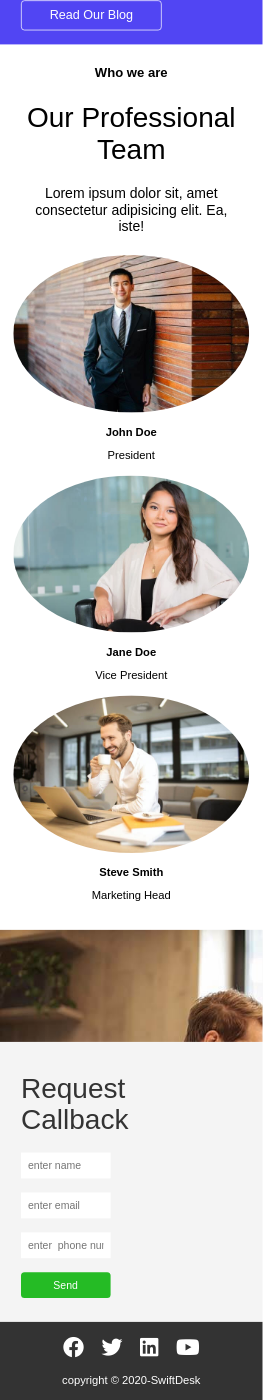
Repository: reemoon-ctrl/swiftdisk-Website-Flexbox
Page: index.html
An editor plug-in stored every save of this project. The page is shown before and after a run of saves, followed by the edit.
The browser window is 375 px wide. The page is 395 px wide, so the pictures cover 395 px, including what lies to the right of the window. The pictures show the part of the page from y = 3729 to 5969 px (the page is 5729 px tall before and 5969 px after), at 70% of full size.
Some web fonts or font styles are not loaded; a fallback is used.

Above is the page before, as saved 2024-07-28 10:24:37.

After the next 4 saves:
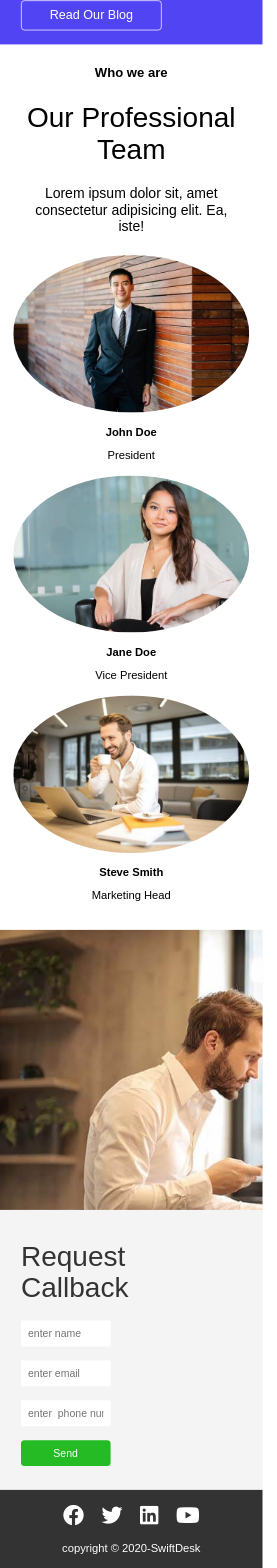
The 4 saves are shown as one change because they came seconds apart.
The last was saved 19 s later.
--- a/media.css
+++ b/media.css
@@ -61,6 +61,7 @@
     }
     .request .img{
         width:100%;
+        height:400px;
     }
 
 }
